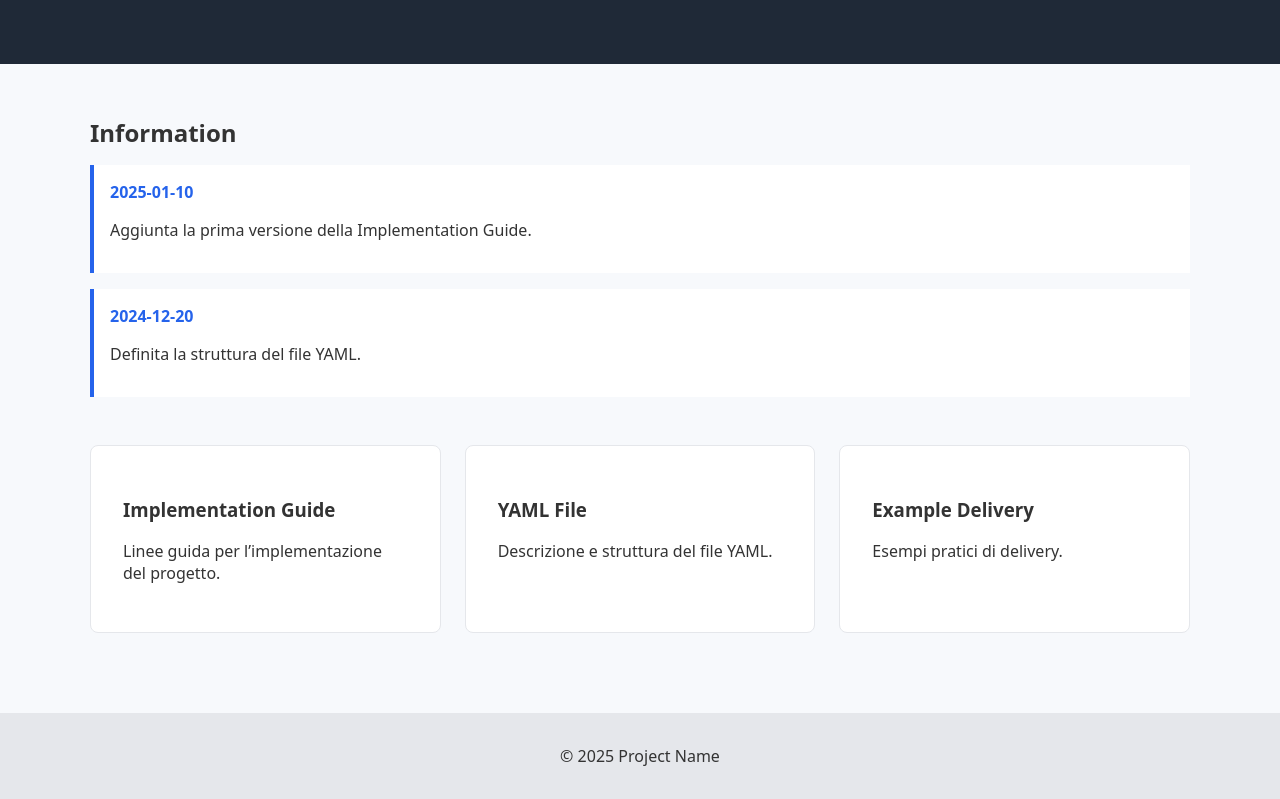
Repository: bfspoku/ech-0252-docs
Page: index.html
These files come from the project's save history. The page is drawn as it stood at one moment and after the next save; the edit follows.
The browser window is 1280 px wide. The pictures show the whole page.

Above is the page before, as saved 2025-12-16 15:28:59.

After the next save:
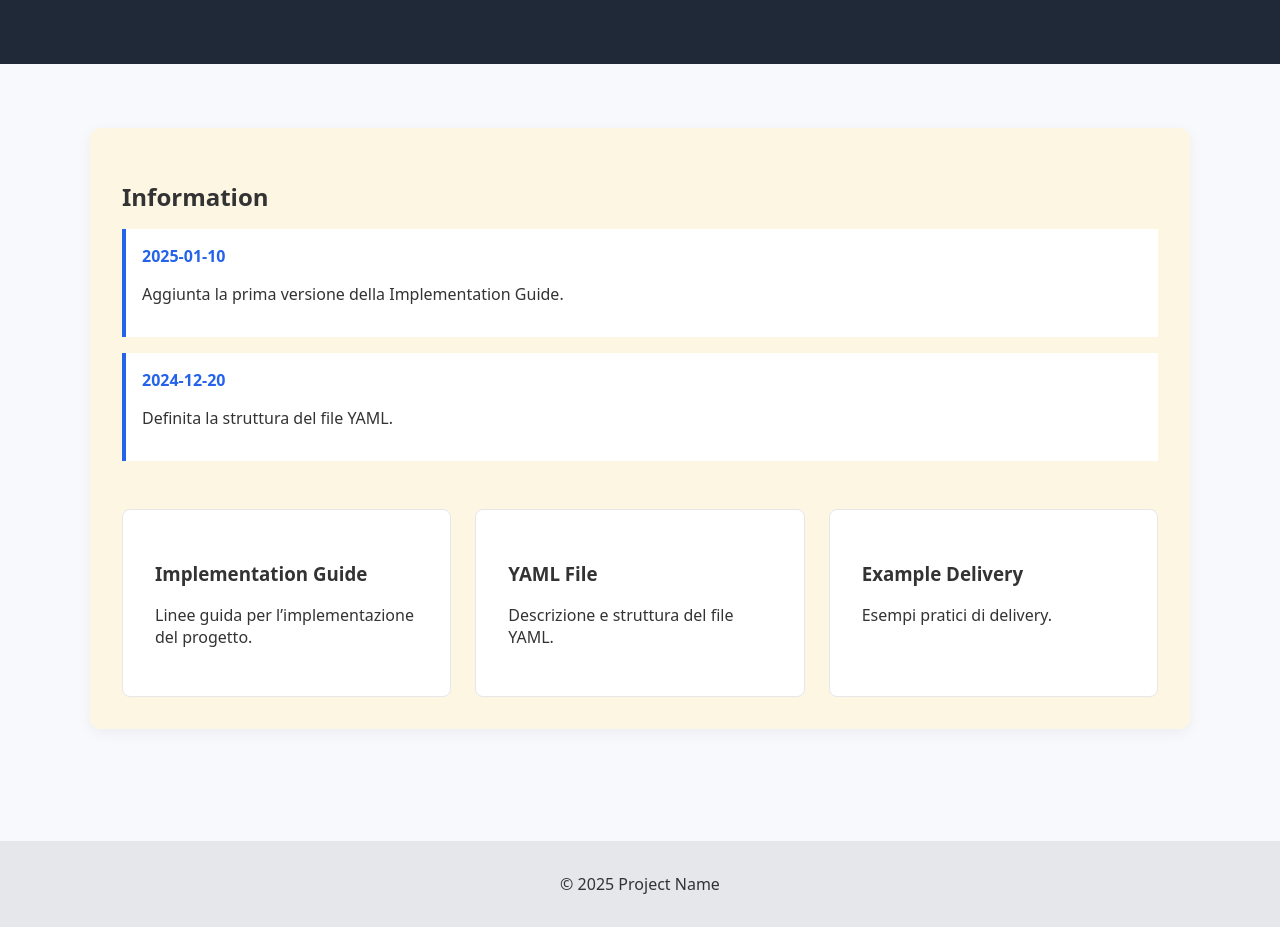
Saved 2 min 0 s later.
--- a/css/style.css
+++ b/css/style.css
@@ -21,6 +21,16 @@
 
   h1, h2 {
     margin-bottom: 1rem;
+  }
+
+  /* Main wrapper for all the pages */
+  .wrapper {
+    max-width: 1100px;      /* larghezza massima */
+    margin: 2rem auto;      /* centrato orizzontalmente, margine verticale */
+    padding: 2rem;          /* spazio interno */
+    background-color: #fdf6e3;  /* bianco-beige chiaro */
+    border-radius: 10px;    /* angoli arrotondati */
+    box-shadow: 0 4px 15px rgba(0,0,0,0.05); /* leggero effetto profondità */
   }
 
   /* INFORMATION */
